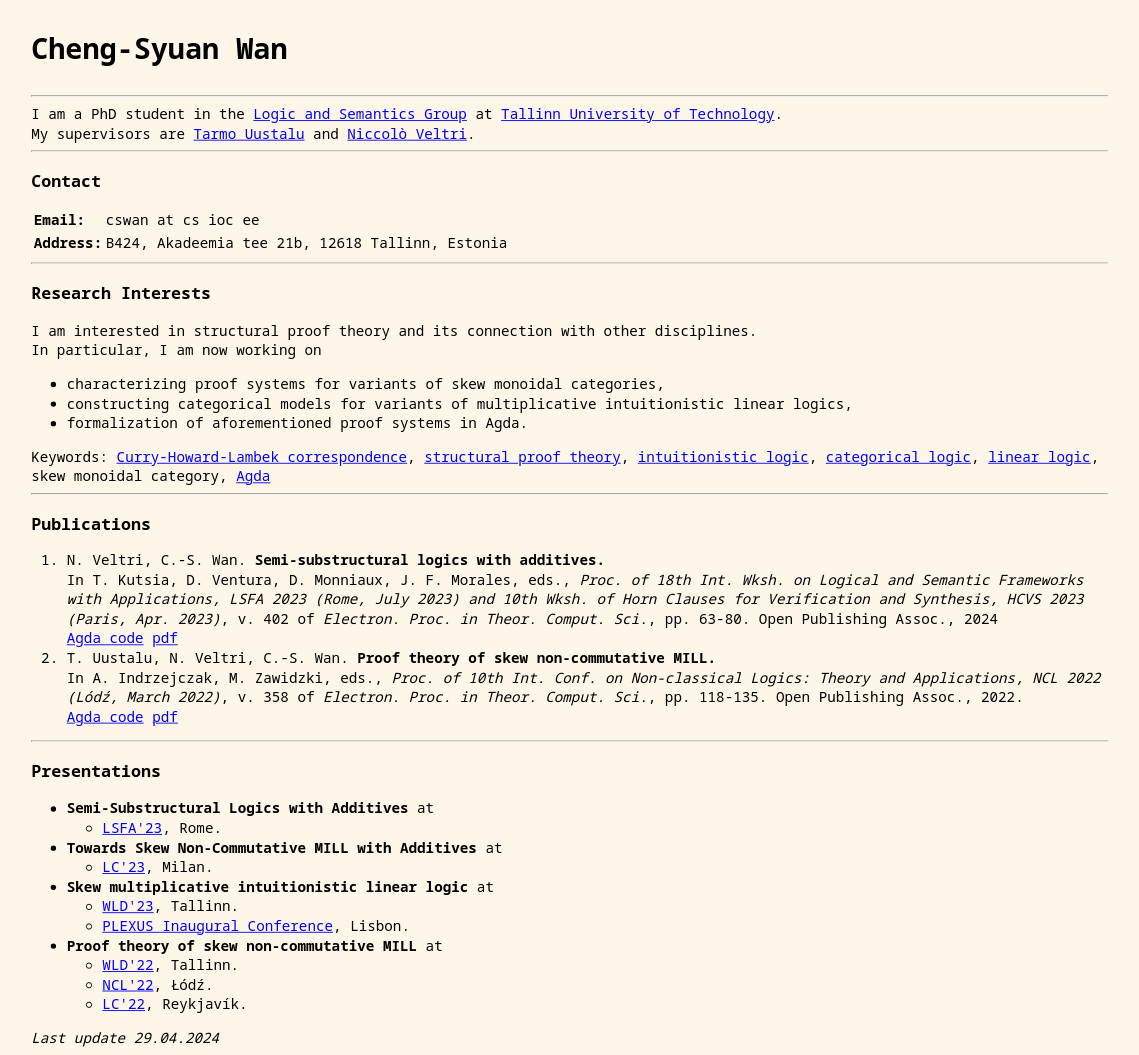
Repository: cswphilo/cswphilo.github.io
Page: index.html
These files come from the project's save history. The page is drawn as it stood at one moment and after the next save; the edit follows.
The browser window is 1280 px wide. The pictures show the whole page, at 89% of full size.

Above is the page before, as saved 2024-04-29 11:06:24.

### index.html
<!DOCTYPE html>

<head>
    <link rel="preconnect" href="https://fonts.googleapis.com">
    <link rel="preconnect" href="https://fonts.gstatic.com" crossorigin>
    <link href="https://fonts.googleapis.com/css2?family=Noto+Sans+Mono&display=swap" rel="stylesheet">
    <style type ="text/css">
        body {
            background-color: #fef6e9;
            font-family: 'Noto Sans Mono', 'Gill Sans', 'Gill Sans MT', Calibri, 'Trebuchet MS', sans-serif;
            font-size: medium;
            margin-left: 35px;
            margin-right: 35px;
        }
        p {
            color:#000000;
        }
    </style>
    <title> Cheng-Syuan Wan </title>
</head>
<body>
    <div><h1><p>Cheng-Syuan Wan</p></h1>
        <!-- <img src="avatar.jpg" style="width:16%;height:16%; margin-left: 140px;"> -->
    </div>
    <hr/>
    <div>
        I am a PhD student in the <a href="https://cs.ioc.ee/lsg/">Logic and Semantics Group</a> at <a href="https://taltech.ee/en/">Tallinn University of Technology</a>.
        <br/>
        My supervisors are <a href="https://cs.ioc.ee/~tarmo/">Tarmo Uustalu</a> and <a href="https://niccoloveltri.github.io/">Niccolò Veltri</a>.
    </div>
    <hr/>
    <div>
        <h3>Contact</h3>
        <table>
            <tr>
                <td><b>Email: </b></td> <td> cswan at cs ioc ee </td>
            </tr>
            <tr>
                <td><b>Address: </b></td> <td>B424, Akadeemia tee 21b, 12618 Tallinn, Estonia</td>
            </tr>
        </table>
    </div>
    <hr/>
    <div>
        <h3>Research Interests</h3>
        I am interested in structural proof theory and its connection with other disciplines.
        <br/>
        In particular, I am now working on
        <ul>
            <li>characterizing proof systems for variants of skew monoidal categories, </li>
            <li>constructing categorical models for variants of multiplicative intuitionistic linear logics, </li>
            <li>formalization of aforementioned proof systems in Agda.</li>
        </ul>
Keywords: <a href="https://en.wikipedia.org/wiki/Curry%E2%80%93Howard_correspondence">Curry-Howard-Lambek correspondence</a>, <a href="https://plato.stanford.edu/entries/proof-theory/#NewLogiCalc">structural proof theory</a>, <a href="https://plato.stanford.edu/entries/logic-intuitionistic/">intuitionistic logic</a>, <a href="https://en.wikipedia.org/wiki/Categorical_logic">categorical logic</a>, <a href="https://plato.stanford.edu/entries/logic-linear/">linear logic</a>, skew monoidal category, <a href="https://agda.readthedocs.io/en/v2.6.2.2/getting-started/what-is-agda.html">Agda</a>
    </div>
    <hr/>
    <div>
        <h3>Publications</h3>
    <ol>
        <li>N. Veltri, C.-S. Wan. <b>Semi-substructural logics with additives.</b>
        <br />
            In T. Kutsia, D. Ventura, D. Monniaux, J. F. Morales, eds., <em>Proc. of 18th Int. Wksh. on Logical and Semantic Frameworks with Applications, LSFA 2023 (Rome, July 2023) and 10th Wksh. of Horn Clauses for Verification and Synthesis, HCVS 2023 (Paris, Apr. 2023)</em>, v. 402 of <em>Electron. Proc. in Theor. Comput. Sci.</em>, pp. 63-80. Open Publishing Assoc., 2024
        <br />
            <a href="https://github.com/cswphilo/SkewMonAdd">Agda code</a>
            <a href="https://cgi.cse.unsw.edu.au/~eptcs/paper.cgi?LSFA2023.8.pdf">pdf</a>
        </li>
        <li>T. Uustalu, N. Veltri, C.-S. Wan. <b>Proof theory of skew non-commutative MILL.</b>
        <br />
            In A. Indrzejczak, M. Zawidzki, eds., <em>Proc. of 10th Int. Conf. on Non-classical Logics: Theory and Applications, NCL 2022 (Lódź, March 2022)</em>, v. 358 of <em>Electron. Proc. in Theor. Comput. Sci.</em>, pp. 118-135. Open Publishing Assoc., 2022.
        <br />
            <a href="https://github.com/niccoloveltri/code-skewmonclosed">Agda code</a>
            <a href="https://arxiv.org/abs/2204.06727v1">pdf</a>
        </li>
    </ol>
    </div>
    <hr/>
    <div>
        <h3 id="presentations">Presentations</h3>
        <ul>
           <li><b>Semi-Substructural Logics with Additives</b> at
                <ul>
                    <li><a href="https://sites.google.com/ufg.br/lsfa2023/">LSFA'23</a>, Rome. </li>
                </ul>
           <li><b>Towards Skew Non-Commutative MILL with Additives</b> at
            <ul>
                <li><a href="https://lc2023.unimi.it/">LC'23</a>, Milan. </li>
            </ul>
           <li><b>Skew multiplicative intuitionistic linear logic</b> at
            <ul>
                <li><a href="https://cs.ioc.ee/lsg/wld23/">WLD'23</a>, Tallinn. </li>
                <li><a href="https://cful.letras.ulisboa.pt/lancog/events/plexus-inaugural-conference-24-27-may-2023/">PLEXUS Inaugural Conference</a>, Lisbon. </li>
            </ul>
           </li>
           <li><b>Proof theory of skew non-commutative MILL</b> at
            <ul>
                <li><a href="https://cs.ioc.ee/lsg/wld22/">WLD'22</a>, Tallinn. </li>
                <li><a href="https://easychair.org/smart-program/NCL'22/">NCL'22</a>, Łódź. </li>
                <li><a href="http://icetcs.ru.is/lc2022/">LC'22</a>, Reykjavík. </li>
            </ul>
        </li>
        </ul>
    </div>
    <address>
        Last update 29.04.2024
    </address>
</body>

After the next save:
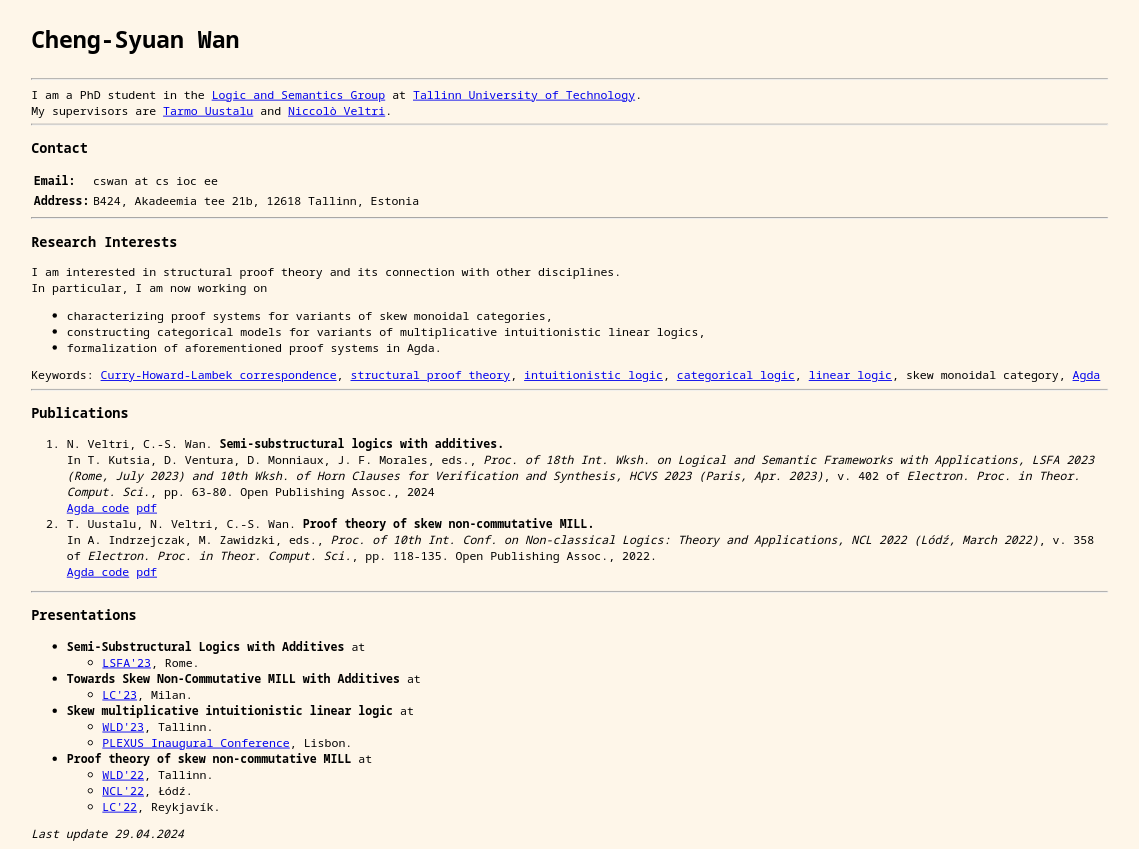
Saved 4 min 13 s later.
--- a/index.html
+++ b/index.html
@@ -8,7 +8,7 @@
         body {
             background-color: #fef6e9;
             font-family: 'Noto Sans Mono', 'Gill Sans', 'Gill Sans MT', Calibri, 'Trebuchet MS', sans-serif;
-            font-size: medium;
+            font-size: small;
             margin-left: 35px;
             margin-right: 35px;
         }
